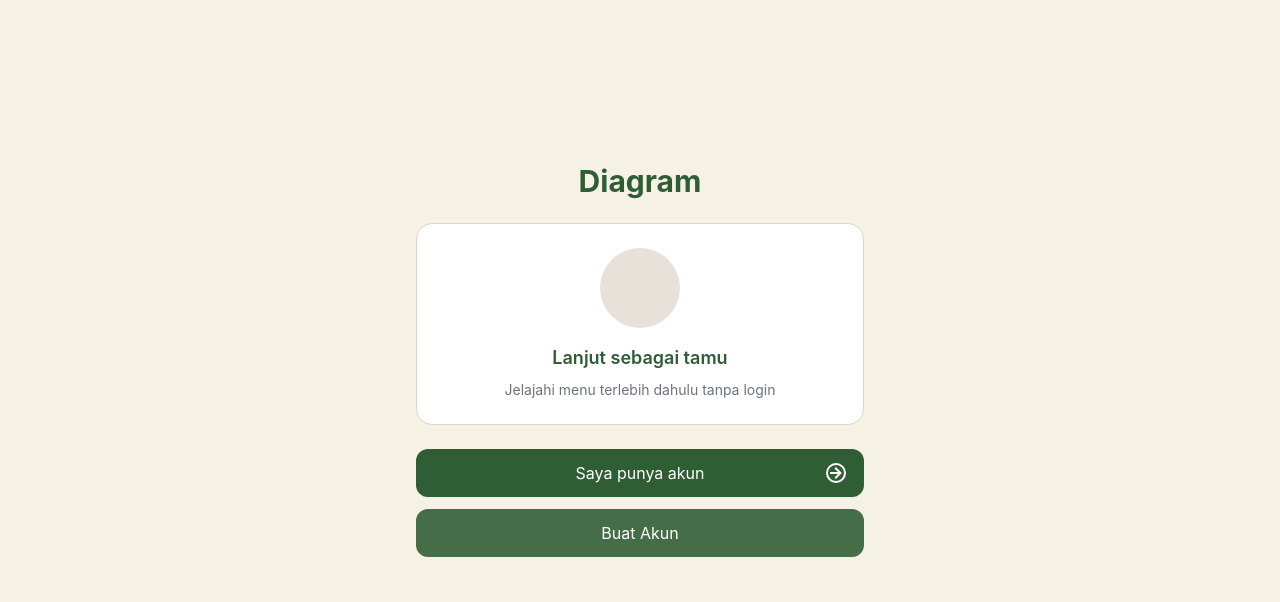
Repository: PajarAland/DiagramCoffee
Page: /
An editor plug-in stored every save of this project. The page is shown before and after the next save, followed by the edit.
The browser window is 1280 px wide. The pictures show the whole page.
The page's requests for data from a server got no answer. The project was rebuilt for these pictures with package versions that can differ from the ones it lists, and the page was loaded fresh each time. Some packages were replaced by stand-ins written for this rebuild. No one was signed in, and anything a server would have sent is missing. Also part of the build but not shown: vite.config.js, src/pages/Login.jsx, src/pages/Register.jsx, src/pages/Home.jsx, src/auth/ProtectedRoute.jsx.

Above is the page before, as saved 2026-04-26 17:34:55.

### index.html
<!doctype html>
<html lang="en">
  <head>
    <meta charset="UTF-8" />
    <link rel="icon" type="image/svg+xml" href="/favicon.svg" />
    <meta name="viewport" content="width=device-width, initial-scale=1.0" />
    <title>diagramcoffee</title>
  </head>
  <body>
    <div id="root"></div>
    <script type="module" src="/src/main.jsx"></script>
  </body>
</html>

### src/index.css
@tailwind base;
@tailwind components;
@tailwind utilities;

body {
  @apply font-sans;
}

### src/App.jsx
import { BrowserRouter, Routes, Route } from "react-router-dom";
import Landing from "./pages/Landing";
import Login from "./pages/Login";
import Register from "./pages/Register";
import Home from "./pages/Home";
import ProtectedRoute from "./auth/ProtectedRoute";
import { AuthProvider } from "./context/AuthContext";

function App() {
  return (
    <AuthProvider>
      <BrowserRouter>
        <Routes>
          <Route path="/" element={<Landing />} />
          <Route path="/login" element={<Login />} />
          <Route path="/register" element={<Register />} />

          <Route
            path="/home"
            element={
              <ProtectedRoute>
                <Home />
              </ProtectedRoute>
            }
          />
        </Routes>
      </BrowserRouter>
    </AuthProvider>
  );
}

export default App;

### src/pages/Landing.jsx
import { useNavigate } from "react-router-dom";
import { Link } from "react-router-dom";
import arrowIconWhite from "../assets/mdi--arrow-right-thin-circle-outline-white.svg";

function Landing() {
  const navigate = useNavigate();

  return (
    <div className="min-h-screen bg-[#F5F1E5] flex flex-col items-center justify-center px-5">

      <h1 className="text-3xl font-bold text-[#2F5D34] mb-6">
        Diagram
      </h1>

      <div className="bg-white rounded-2xl p-6 w-full max-w-md text-center border border-[#DDD6CE]">
        <div className="w-20 h-20 bg-[#E8E1D9] rounded-full mx-auto mb-4"></div>

        <Link to="/homeGuest" className="text-[#2F5D34] text-lg font-semibold hover:underline">
          Lanjut sebagai tamu
        </Link>

        <p className="text-gray-500 text-sm mt-2">
          Jelajahi menu terlebih dahulu tanpa login
        </p>
      </div>

      {/* <button onClick={() => navigate("/login")} className="mt-6 w-full max-w-md bg-[#2F5D34] text-white py-3 rounded-xl">
        Saya punya akun
      </button> */}

      <button
        onClick={() => navigate("/login")}
        className="mt-6 w-full max-w-md bg-[#2F5D34] text-white py-3 rounded-xl relative flex items-center justify-center"
      >
        <span className="text-center">Saya punya akun</span>

        <img
          src={arrowIconWhite}
          alt="arrow"
          className="w-6 h-6 absolute right-4"
        />
      </button>

      <button onClick={() => navigate("/register")} className="mt-3 w-full max-w-md bg-[#446D48] text-white py-3 rounded-xl">
        Buat Akun
      </button>
    </div>
  );
}

export default Landing;

### src/context/AuthContext.jsx
import { createContext, useContext, useEffect, useState } from "react";
import API from "../services/api";

const AuthContext = createContext();

export function AuthProvider({ children }) {
  const [user, setUser] = useState(null);
  const [initialized, setInitialized] = useState(false); // penting

  // ambil user sekali saat app start (background)
  const fetchUser = async () => {
    try {
      const res = await API.get("/api/user");
      setUser(res.data.data);
    } catch {
      setUser(null);
    } finally {
      setInitialized(true);
    }
  };

  useEffect(() => {
    fetchUser();
  }, []);

  const refreshUser = async () => {
  try {
    const res = await API.get("/api/user");
    setUser(res.data.data);
  } catch {
    setUser(null);
  } finally {
    setInitialized(true);
  }
};

  const login = (userData) => {
    setUser(userData);
  };

  const logout = async () => {
    await API.post("/api/logout");
    setUser(null);
  };

  return (
    <AuthContext.Provider
      value={{
        user,
        setUser,
        login,
        logout,
        initialized, // status auth selesai dicek
        refreshUser, // fungsi untuk refresh data user
      }}
    >
      {children}
    </AuthContext.Provider>
  );
}

export const useAuth = () => useContext(AuthContext);

### src/services/api.js
import axios from "axios";

const API = axios.create({
  baseURL: "http://localhost:8000",
  withCredentials: true,

  headers: {
    Accept: "application/json",
  },
});

// 🔥 INI YANG SELAMA INI KURANG
API.interceptors.request.use((config) => {
  const token = document.cookie
    .split("; ")
    .find(row => row.startsWith("XSRF-TOKEN="))
    ?.split("=")[1];

  if (token) {
    config.headers["X-XSRF-TOKEN"] = decodeURIComponent(token);
  }

  return config;
});

export default API;

### tailwind.config.js
/** @type {import('tailwindcss').Config} */
export default {
  content: [
    "./index.html",
    "./src/**/*.{js,jsx,ts,tsx}",
  ],
  theme: {
    fontFamily: {
      sans: ["Inter", "ui-sans-serif", "system-ui"],
    },
    extend: {},
  },
  plugins: [],
}

Loaded but not shown: src/main.jsx (common file)

After the next save:
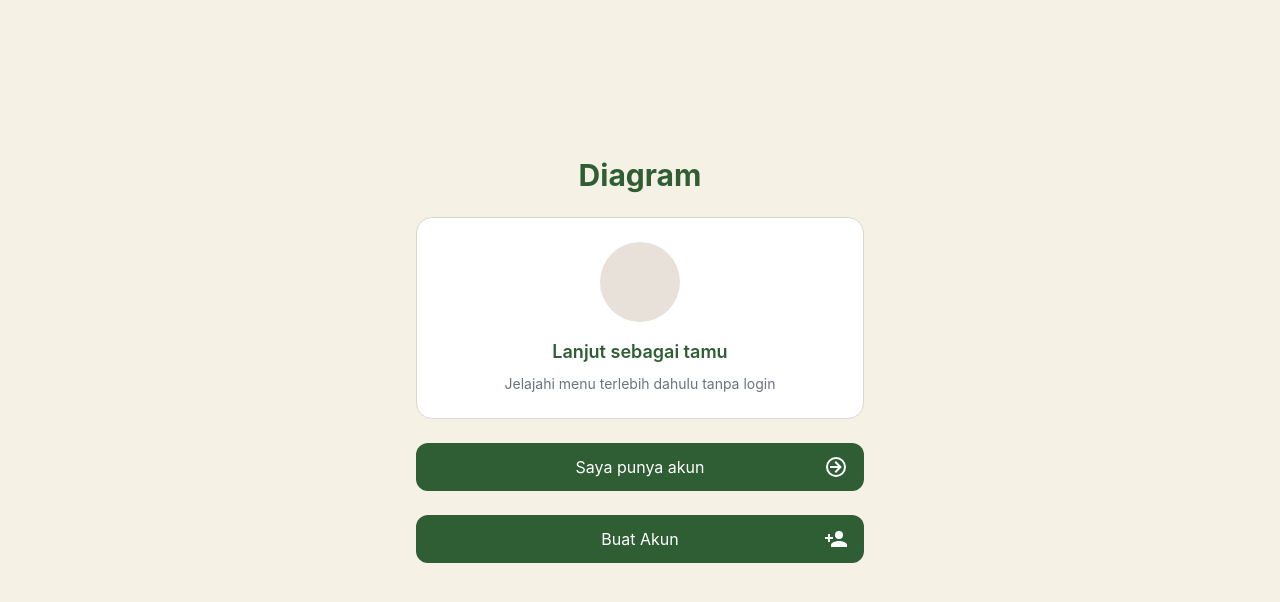
Saved 4 min 33 s later.
--- a/src/pages/Landing.jsx
+++ b/src/pages/Landing.jsx
@@ -1,6 +1,7 @@
 import { useNavigate } from "react-router-dom";
 import { Link } from "react-router-dom";
 import arrowIconWhite from "../assets/mdi--arrow-right-thin-circle-outline-white.svg";
+import accountAddWhite from "../assets/mdi--account-add-white.svg";
 
 function Landing() {
   const navigate = useNavigate();
@@ -41,8 +42,21 @@ function Landing() {
         />
       </button>
 
-      <button onClick={() => navigate("/register")} className="mt-3 w-full max-w-md bg-[#446D48] text-white py-3 rounded-xl">
+      {/* <button onClick={() => navigate("/register")} className="mt-3 w-full max-w-md bg-[#446D48] text-white py-3 rounded-xl">
         Buat Akun
+      </button> */}
+
+      <button
+        onClick={() => navigate("/register")}
+        className="mt-6 w-full max-w-md bg-[#2F5D34] text-white py-3 rounded-xl relative flex items-center justify-center"
+      >
+        <span className="text-center">Buat Akun</span>
+
+        <img
+          src={accountAddWhite}
+          alt="account add"
+          className="w-6 h-6 absolute right-4"
+        />
       </button>
     </div>
   );
